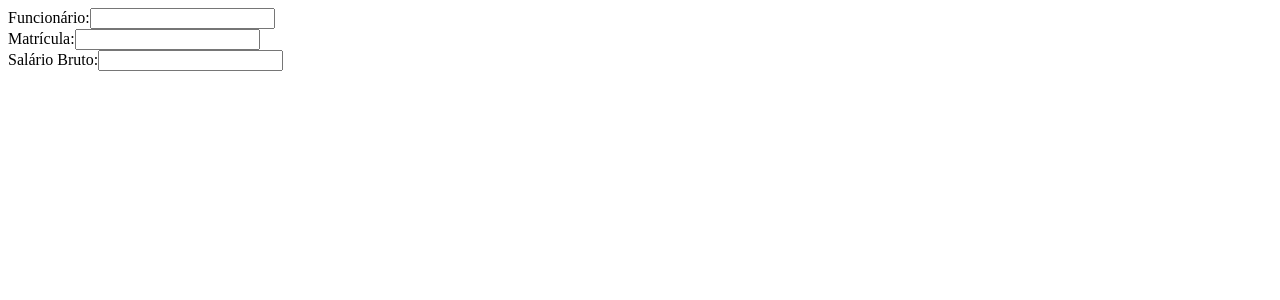
Repository: 0verthrive/Java
Page: JavaIntermediario/segundaAula-21-01/firstExercise/src/main/webapp/index.html
An editor plug-in stored every save of this project. The page is shown before and after the next save, followed by the edit.
The browser window is 1280 px wide. The pictures show the whole page.

Above is the page before, as saved 2022-01-27 00:34:50.

After the next save:
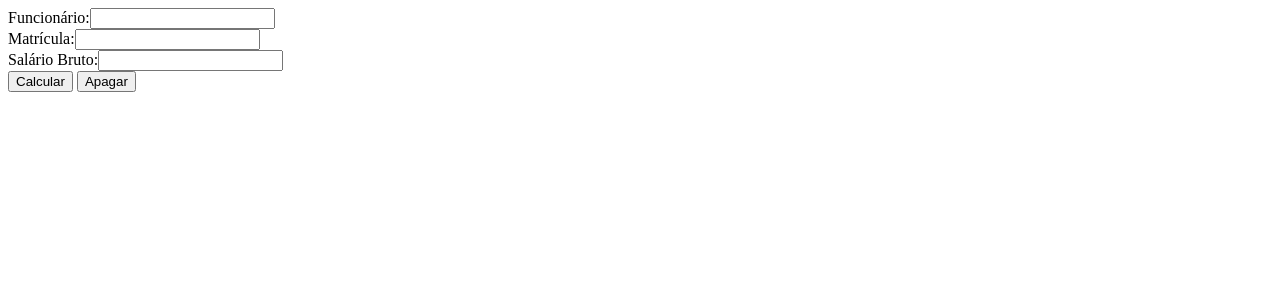
Saved 60 s later.
--- a/JavaIntermediario/segundaAula-21-01/firstExercise/src/main/webapp/index.html
+++ b/JavaIntermediario/segundaAula-21-01/firstExercise/src/main/webapp/index.html
@@ -11,6 +11,8 @@
 				Funcionário:<input type="text" name="textName"><br>
 				Matrícula:<input type="text" name="textReg"><br>
 				Salário Bruto:<input type="text" name="textGS"><br>
+				<input type="submit" value="Calcular">
+				<input type="reset" value="Apagar">
 			</form>
 		</div>
 	</div>
